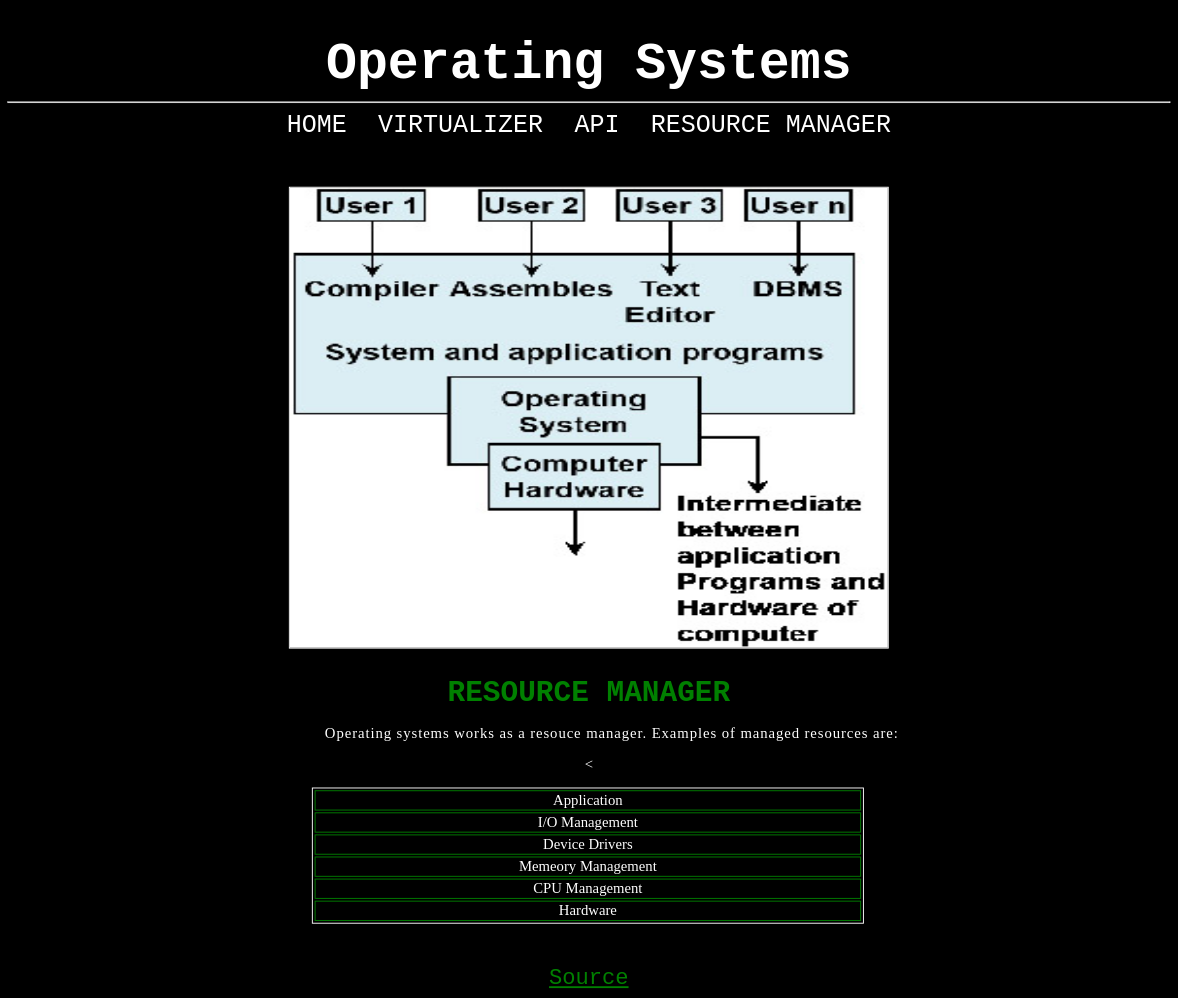
Repository: ctm93/web2
Page: http://localhost/page4.php
The author's editor kept a record of every edit. The page is drawn from the files as they stood at one moment, then again after the next edit.
The browser window is 1280 px wide. The pictures show the whole page, at 92% of full size.
Some web fonts or font styles are not loaded; a fallback is used. The page is run by PHP 8.4 with error messages shown; the project is at /var/www/html/.

Above is the page before.

After the next edit:
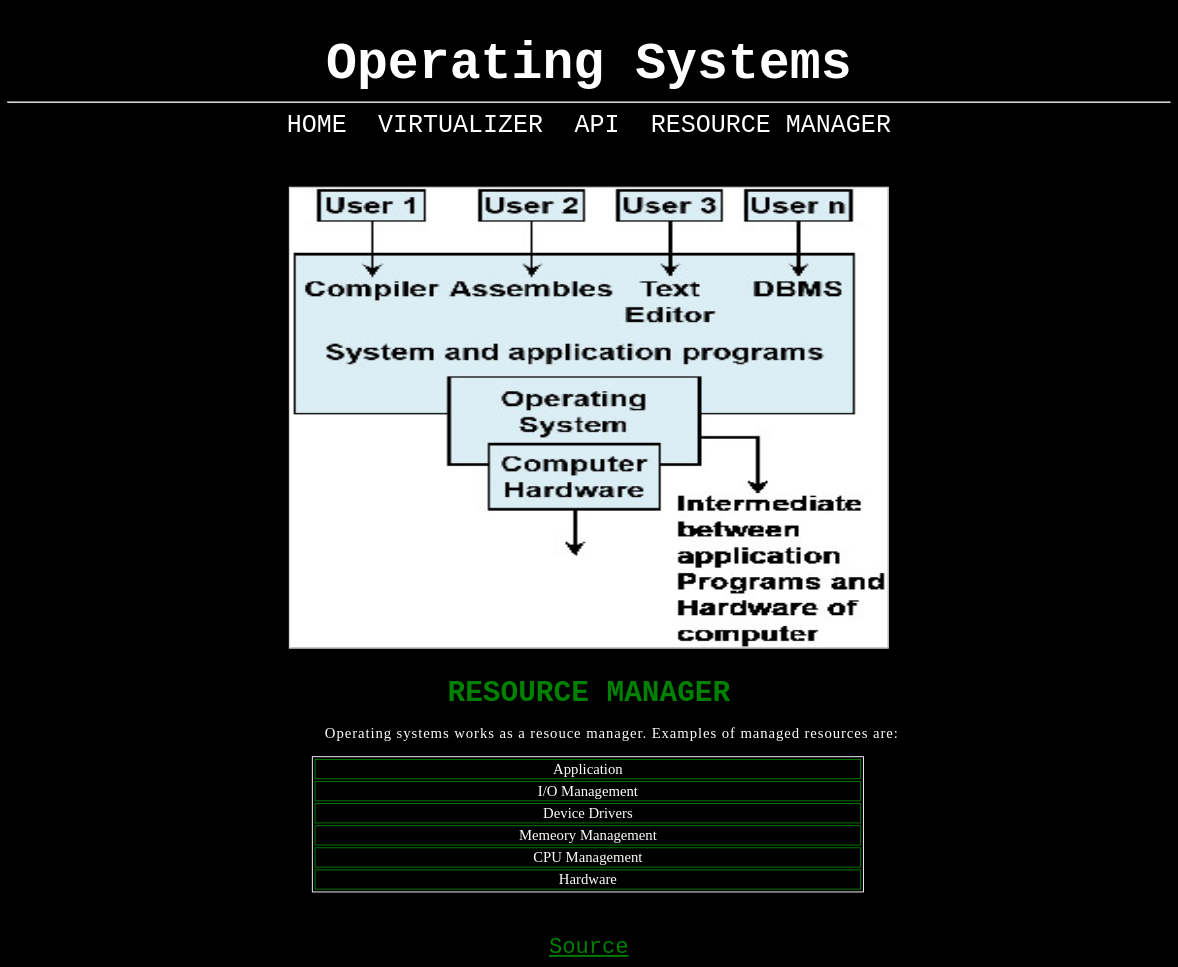
The edit:
--- a/page4.php
+++ b/page4.php
@@ -34,7 +34,7 @@
 
                 <p class ="p2">Operating systems works as a resouce manager. Examples of managed resources are:</p>
 
-            <<p class ="p3">
+            <p class ="p3">
                 <table>
                       <tr><td>Application</td></tr>
                       <tr><td>I/O Management</td></tr>
